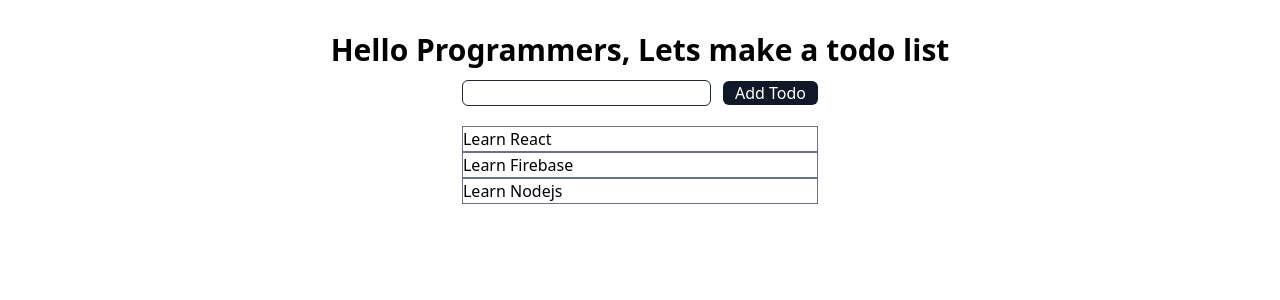
Repository: Shamraiz761/todo_list
Page: /
These files come from the project's save history. The page is drawn as it stood at one moment and after the next save; the edit follows.
The browser window is 1280 px wide. The pictures show the whole page.
The project was rebuilt for these pictures with package versions that can differ from the ones it lists, and the page was loaded fresh each time. Also part of the build but not shown: vite.config.js.

Above is the page before, as saved 2024-01-11 22:40:23.

After the next save:
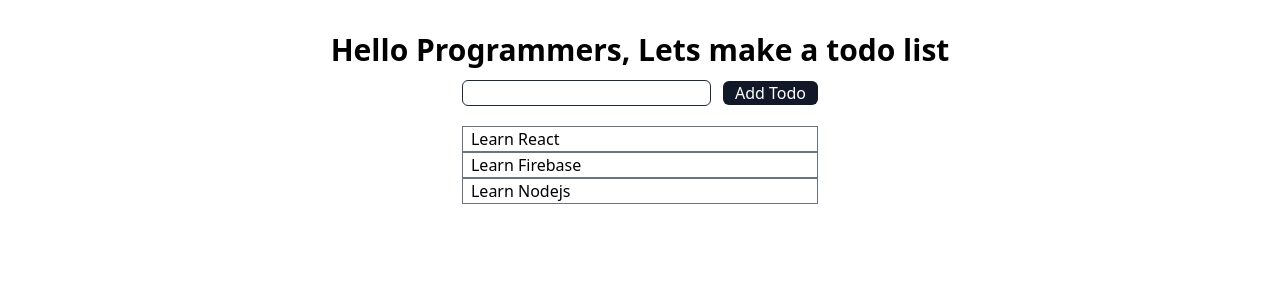
Saved 5 s later.
--- a/src/App.jsx
+++ b/src/App.jsx
@@ -33,7 +33,7 @@ function App() {
           </form>
           <ul className="my-5">
             {todo.map((item, index) => {
-              return <li className="border border-gray-500 pl" key={index}>{item}</li>;
+              return <li className="border border-gray-500 pl-2 " key={index}>{item}</li>;
             })}
           </ul>
         </div>
